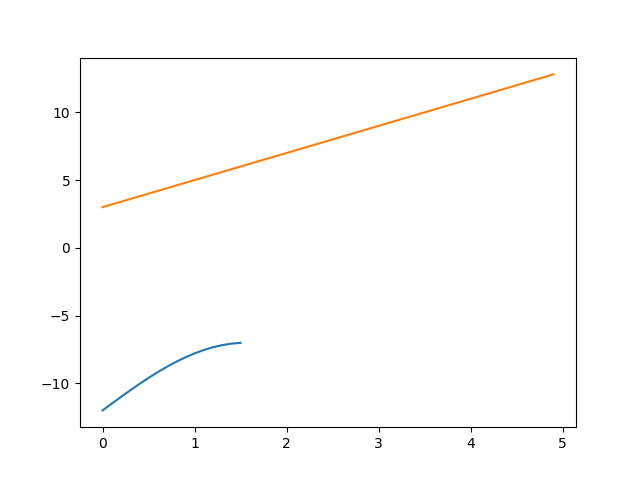
Repository: virangaj/python_labsheets
Script's output: python Tutorial_2/ex3.py
The author's editor kept a copy of each file at every save. The script's output is drawn from the files as they stood at one save, then again after a run of saves.
Random numbers start from a fixed seed.

Above is the script's output before, as saved 2022-07-03 22:56:24.

After the next 2 saves:
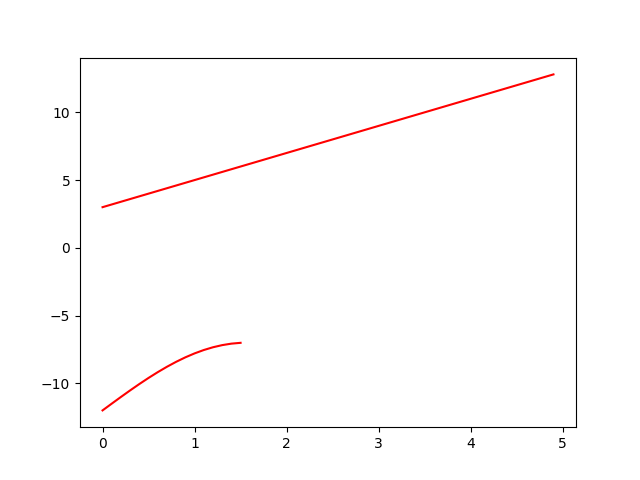
The 2 saves are shown as one change because they came seconds apart.
The last was saved 27 s later.
--- a/Tutorial_2/ex3.py
+++ b/Tutorial_2/ex3.py
@@ -7,13 +7,13 @@ def create_graph():
     print(x)
     y = np.sin(x) *5 - 12
     print(y)
-    plt.plot(x,y)
+    plt.plot(x,y, color='r')
 
 
     t = np.arange(0, 5, 0.1)
     print(t)
     f = 2*t+3
-    plt.plot(t,f)
+    plt.plot(t,f, color='r')
 
     plt.show()
 create_graph()
